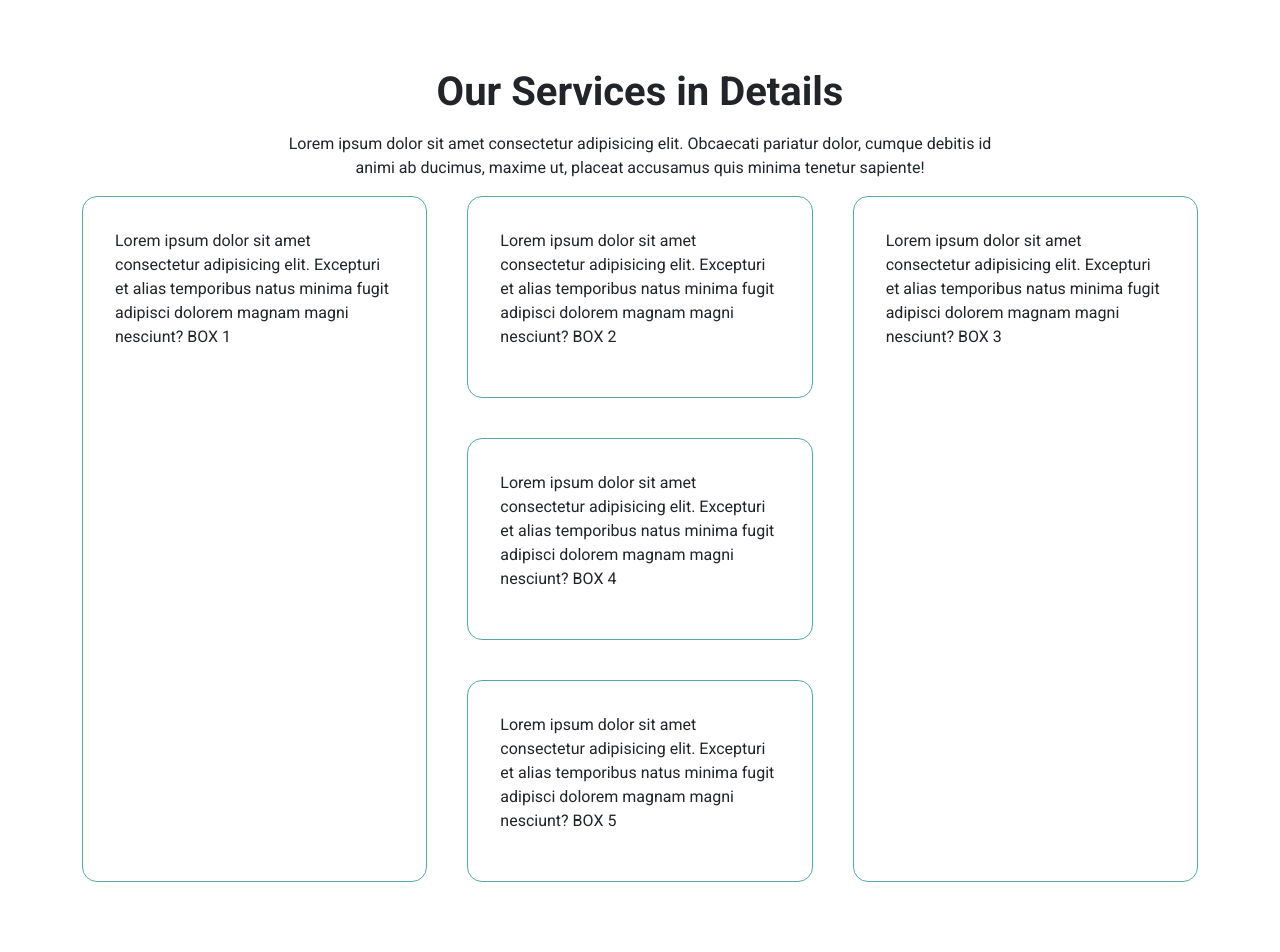
Repository: nazmulalok/landing-page-angelio
Page: index.html
The author's editor kept a copy of each file at every save. The page is drawn from the files as they stood at one save, then again after the next save.
The browser window is 1280 px wide. The pictures show the part of the page from y = 2064 to 3016 px (the page is 3016 px tall before and 2814 px after).
A picture or video elsewhere on the page could not be fetched, so the positions and the page height are approximate.

Above is the page before, as saved 2022-09-18 14:31:34.

### index.html
<!DOCTYPE html>
<html lang="en">

    <head>
        <meta charset="UTF-8">
        <meta http-equiv="X-UA-Compatible" content="IE=edge">
        <meta name="viewport" content="width=device-width, initial-scale=1.0">
        <title>Landing Page</title>
        <link rel="preconnect" href="https://fonts.googleapis.com">
        <link rel="preconnect" href="https://fonts.gstatic.com" crossorigin>
        <link rel="stylesheet" href="https://cdnjs.cloudflare.com/ajax/libs/font-awesome/6.2.0/css/all.min.css"
            integrity="sha512-xh6O/CkQoPOWDdYTDqeRdPCVd1SpvCA9XXcUnZS2FmJNp1coAFzvtCN9BmamE+4aHK8yyUHUSCcJHgXloTyT2A=="
            crossorigin="anonymous" referrerpolicy="no-referrer" />
        <link
            href="https://fonts.googleapis.com/css2?family=Roboto:ital,wght@0,300;0,400;0,500;0,700;0,900;1,300;1,400;1,500;1,700;1,900&display=swap"
            rel="stylesheet">
        <link href="https://cdn.jsdelivr.net/npm/bootstrap@5.2.0/dist/css/bootstrap.min.css" rel="stylesheet"
            integrity="sha384-gH2yIJqKdNHPEq0n4Mqa/HGKIhSkIHeL5AyhkYV8i59U5AR6csBvApHHNl/vI1Bx" crossorigin="anonymous">
        <link rel="stylesheet" href="style.css">
    </head>

    <body>
        <header>
            <nav>
                <div class="container">
                    <div class="row align-items-center">
                        <div class="col-lg-3">
                            <div class="logo">
                                <a href="/"><img src="images/angelio-logo.png" alt="Angelio Logo" width="250"
                                        height="66"></a>
                            </div>
                        </div>
                        <div class="col-lg-9 d-flex justify-content-end">
                            <ul>
                                <li><a href="/">Home</a></li>
                                <li><a href="/services.html">Services</a></li>
                                <li><a href="/about-us.html">About Us</a></li>
                                <li><a href="/contact.html">Contact</a></li>
                                <li class="nav-cta"><a href="tel:000-000-0000">Call Us</a></li>
                            </ul>
                        </div>
                    </div>
                </div>
            </nav>
        </header>
        <section class="sec-padding banner-sec">
            <div class="container">
                <div class="row align-items-center">
                    <div class="col-lg-7 order-lg-last">
                        <img src="images/angelio-digital-marketing.png" alt="">
                    </div>
                    <div class="col-lg-5">
                        <div class="large-heading">We Work in <span class="color-text">Digital</span> Way</div>
                        <p>Lorem, ipsum dolor sit amet consectetur adipisicing elit. Necessitatibus fuga alias deleniti
                            veniam at aspernatur.</p>
                        <div class="d-flex align-items-center mt-5"><a href="/contact-us" class="main-btn me-5">Get
                                Estimate</a>
                            <a href="/contact-us" class="play-btn"><i class="fas fa-play me-3"></i>Request Demo</a>
                        </div>
                    </div>
                </div>
            </div>
        </section>
        <section class="sec-padding">
            <div class="container">
                <div class="row justify-content-center">
                    <div class="col-md-8">
                        <div class="text-center">
                            <h1>
                                Our Best Digital Marketing Service
                            </h1>
                            <p>Lorem ipsum, dolor sit amet consectetur adipisicing elit. Placeat sunt
                                libero
                                tempore? Sed obcaecati a voluptate voluptates nam. Expedita, incidunt?</p>
                        </div>
                    </div>
                </div>
                <div class="row align-items-center mt-5">
                    <div class="col-lg-3">
                        <div class="service-box">
                            <div class="service-icon">
                                <img src="images/content-marketing.png" alt="Content Marketing">
                            </div>
                            <div class="service-content">
                                <a href="#">Content Marketing</a>
                                <p>Lorem ipsum dolor sit amet consectetur adipisicing elit. Fugiat, earum!</p>
                            </div>
                        </div>
                    </div>
                    <div class="col-lg-3">
                        <div class="service-box">
                            <div class="service-icon">
                                <img src="images/social-marketing.png" alt="Social Marketing">
                            </div>
                            <div class="service-content">
                                <a href="#">Social Marketing</a>
                                <p>Lorem ipsum dolor sit amet consectetur adipisicing elit. Fugiat, earum!</p>
                            </div>
                        </div>
                    </div>
                    <div class="col-lg-3">
                        <div class="service-box">
                            <div class="service-icon">
                                <img src="images/email-marketing.png" alt="Email Marketing">
                            </div>
                            <div class="service-content">
                                <a href="#">Email Marketing</a>
                                <p>Lorem ipsum dolor sit amet consectetur adipisicing elit. Fugiat, earum!</p>
                            </div>
                        </div>
                    </div>
                    <div class="col-lg-3">
                        <div class="service-box">
                            <div class="service-icon">
                                <img src="images/web-marketing.png" alt="Web Marketing">
                            </div>
                            <div class="service-content">
                                <a href="#">Web Marketing</a>
                                <p>Lorem ipsum dolor sit amet consectetur adipisicing elit. Fugiat, earum!</p>
                            </div>
                        </div>
                    </div>
                </div>
            </div>
        </section>
        <section class="sec-padding why-choose-sec">
            <div class="container">
                <div class="row align-items-center">
                    <div class="col-lg-6">
                        <div class="image-holder">
                            <img src="images/why-choose.jpg" alt="Why Choose Angelio">
                        </div>
                    </div>
                    <div class="col-lg-6">
                        <span class="arrow-text">Why Choose Us</span>
                        <h2>Why Working With <span class="color-text">ANGELIO</span>?</h2>
                        <p class="grey-color">Lorem ipsum dolor sit amet consectetur adipisicing elit. Quisquam
                            perspiciatis cupiditate atque ad labore laudantium ab hic, quaerat voluptas repellendus
                            aliquam. Maxime et recusandae nostrum cum labore, sint obcaecati doloremque.</p>
                        <div class="content-box d-flex align-items-center p-2 mb-3">
                            <img src="images/quality-lead.png" alt="Quality Lead">
                            <div class="ms-4">
                                <div class="content-heading">Quality Lead Generation</div>
                                <p class="grey-color mb-0">Lorem ipsum dolor sit amet consectetur adipisicing elit. Vel,
                                    distinctio
                                    delectus.
                                    Dicta distinctio obcaecati voluptatum.</p>
                            </div>
                        </div>
                        <div class="content-box d-flex align-items-center p-2 mb-3">
                            <img src="images/custom-web-design.png" alt="Custom Web Design">
                            <div class="ms-4">
                                <div class="content-heading">Custom Web Design</div>
                                <p class="grey-color mb-0">Lorem ipsum dolor sit amet consectetur adipisicing elit. Vel,
                                    distinctio
                                    delectus.
                                    Dicta distinctio obcaecati voluptatum.</p>
                            </div>
                        </div>
                        <div class="content-box d-flex align-items-center p-2 mb-3">
                            <img src="images/affordable-project-price.png" alt="Affordable Project Price">
                            <div class="ms-4">
                                <div class="content-heading">Affordable Project Price</div>
                                <p class="grey-color mb-0">Lorem ipsum dolor sit amet consectetur adipisicing elit. Vel,
                                    distinctio
                                    delectus.
                                    Dicta distinctio obcaecati voluptatum.</p>
                            </div>
                        </div>
                    </div>
                </div>
            </div>
        </section>
        <section class="sec-padding">
            <div class="container">
                <div class="row justify-content-center">
                    <div class="col-md-8">
                        <div class="text-center">
                            <h2>Our Services in Details</h2>
                            <p>Lorem ipsum dolor sit amet consectetur adipisicing elit. Obcaecati pariatur dolor, cumque
                                debitis id animi ab ducimus, maxime ut, placeat accusamus quis minima tenetur sapiente!
                            </p>
                        </div>
                    </div>
                </div>
                <div class="service-details-grid">
                    <div class="service-details-box main-service-card">
                        <p>Lorem ipsum dolor sit amet consectetur adipisicing elit. Excepturi et alias temporibus natus
                            minima fugit adipisci dolorem magnam magni nesciunt? BOX 1</p>
                    </div>
                    <div class="service-details-box">
                        <p>Lorem ipsum dolor sit amet consectetur adipisicing elit. Excepturi et alias temporibus natus
                            minima fugit adipisci dolorem magnam magni nesciunt? BOX 2</p>
                    </div>
                    <div class="service-details-box main-service-card">
                        <p>Lorem ipsum dolor sit amet consectetur adipisicing elit. Excepturi et alias temporibus natus
                            minima fugit adipisci dolorem magnam magni nesciunt? BOX 3</p>
                    </div>
                    <div class="service-details-box">
                        <p>Lorem ipsum dolor sit amet consectetur adipisicing elit. Excepturi et alias temporibus natus
                            minima fugit adipisci dolorem magnam magni nesciunt? BOX 4</p>
                    </div>
                    <div class="service-details-box">
                        <p>Lorem ipsum dolor sit amet consectetur adipisicing elit. Excepturi et alias temporibus natus
                            minima fugit adipisci dolorem magnam magni nesciunt? BOX 5</p>
                    </div>
                </div>
            </div>
        </section>


        <script src="https://cdn.jsdelivr.net/npm/bootstrap@5.2.0/dist/js/bootstrap.bundle.min.js"
            integrity="sha384-A3rJD856KowSb7dwlZdYEkO39Gagi7vIsF0jrRAoQmDKKtQBHUuLZ9AsSv4jD4Xa"
            crossorigin="anonymous"></script>
    </body>

</html>

### style.css
:root {
    --primary-color: #52a9a9;
    --secondary-color: #000000;
    --third-color: #575757d6;
    --main-font: 'Roboto', sans-serif;
}

body {
    font-family: var(--main-font);
}

nav {
    padding: 10px 0px;
    box-shadow: 0 1px 1px 1px #14477e2b;
}

nav ul {
    list-style-type: none;
    display: flex;
    justify-content: flex-end;
    margin: 0;
    padding: 0;
    align-items: center;
    gap: 20%;
    white-space: nowrap;
}

nav ul li a {
    color: #080808;
    text-decoration: none;
    display: block;
    position: relative;
    font-weight: 500;
    font-size: 17px;
}

nav ul li a:hover {
    color: #52a9a9;
}

li.nav-cta a {
    background: #008080ad;
    padding: 15px 40px;
    color: #fff;
    border-radius: 20px 5px;
    transition: all 0.3s ease;
}

li.nav-cta a:hover {
    background: #000;
    color: #fff;
    border-radius: 5px 20px;
    transition: all 0.3s ease;
}

li.nav-cta a:before {
    content: "";
    width: 0%;
    height: 0px;
    position: absolute;
    left: 0;
    bottom: 0;
    transition: none;
    transform: none;
    background: none;
    transform-origin: 0%;
}

li.nav-cta a:hover:before {
    transform: none;
    transform-origin: 0%;
}

nav ul li a:before {
    content: "";
    width: 100%;
    height: 2px;
    position: absolute;
    left: 0;
    bottom: 0;
    transition: 0.4s transform ease;
    transform: scale3d(0, 1, 1);
    background: #52a9a9;
    transform-origin: 100% 50%;
}

nav ul li a:hover::before {
    transform: scale3d(1, 1, 1);
    transform-origin: 0 50%;
}

.sec-padding {
    padding: 70px 0px;
}

.banner-sec {
    background-image: linear-gradient(rgb(82 169 169 / 5%), rgb(82 169 169 / 10%));
    background-size: cover;
    background-position: center;
}

.banner-sec img {
    width: 100%;
}

.large-heading {
    font-size: 80px;
    color: #000;
    font-weight: 600;
    letter-spacing: 0.8px;
    line-height: normal;
    margin-bottom: 25px;
}

.banner-sec p {
    font-size: 18px;
}

.color-text {
    color: var(--primary-color);
}

a.main-btn {
    color: #fff;
    background: #52a9a9;
    padding: 15px 40px;
    font-weight: 500;
    font-size: 18px;
    text-decoration: none;
    border-radius: 20px 5px;
    transition: all 0.3s ease;
}

a.main-btn:hover {
    background: #000;
    color: #fff;
    border-radius: 5px 20px;
    transition: all 0.3s ease;
}

a.play-btn {
    display: inline-flex;
    align-items: center;
    justify-content: center;
    color: #000;
    text-decoration: none;
    font-weight: 500;
    font-size: 18px;
}

.play-btn .fa-play {
    width: 40px;
    height: 40px;
    color: #fff;
    font-size: 20px;
    background: #000;
    display: inline-flex;
    align-items: center;
    justify-content: center;
    border-radius: 50%;
    transition: all 0.3s ease;
}

.play-btn:hover i {
    background: var(--primary-color);
}

/* Headings */

h1 {
    font-size: 44px;
}

h2 {
    font-size: 40px;
}

h3 {
    font-size: 36px;
}

h4 {
    font-size: 32px;
}

h5 {
    font-size: 28px;
}

h6 {
    font-size: 24px;
}

h1,
h2,
h3,
h4,
h5,
h6 {
    margin-bottom: 1rem;
    font-weight: 700;
}

/* Service Box */

.service-box {
    position: relative;
    background: rgb(197 214 214 / 20%);
    padding: 40px 30px;
    box-shadow: 0px -6px 10px white, 0px 4px 15px rgb(0 0 0 / 27%);
    border: 1px solid #00000030;
    border-radius: 5px;
}

.service-box:after {
    position: absolute;
    content: "";
    height: 20%;
    width: 20%;
    bottom: 5px;
    right: 5px;
    border-bottom-right-radius: 5px;
    border-bottom: 5px solid var(--primary-color);
    border-right: 5px solid var(--primary-color);
    transition: all 1s ease;
}

.service-box:hover:after {
    height: 30%;
    width: 30%;
    bottom: 5px;
    right: 5px;
    border-bottom-right-radius: 5px;
    border-bottom: 5px solid var(--primary-color);
    border-right: 5px solid var(--primary-color);
    transition: all 1s ease;
}

.service-box .service-icon {
    width: 80px;
    height: 80px;
    margin-bottom: 10px;
}

.service-box .service-icon img {
    width: 65px;
}

.service-box .service-content a {
    display: inline-block;
    color: #000;
    font-size: 20px;
    font-weight: 600;
    text-decoration: none;
    margin-bottom: 8px;
}

.service-box:hover .service-content a {
    color: var(--primary-color);
}

.service-box .service-content p {
    color: var(--third-color);
}

/* Why Choose Section */

.why-choose-sec {
    background-image: linear-gradient(to right, rgb(255 255 255 / 75%), rgb(255 255 255 / 75%)), url(/images/why-choose-bg.jpg);
    background-repeat: no-repeat;
    background-size: cover;
}

span.arrow-text {
    display: inline-block;
    font-size: 25px;
    color: var(--primary-color);
    font-weight: 600;
    margin-bottom: 5px;
    position: relative;
    padding-left: 50px;
}

span.arrow-text:before {
    content: "";
    background: url(images/right-arrow.png);
    width: 35px;
    height: 35px;
    background-size: cover;
    top: 2px;
    left: 0px;
    position: absolute;
}

.grey-color {
    color: var(--third-color);
}

.content-box {
    border: 1px solid var(--primary-color);
    border-radius: 5px;
    box-shadow: 0px -6px 10px white, 0px 4px 15px rgb(0 0 0 / 27%);
    background: #fff;
}

.content-box img {
    width: 80px;
    border: 1px solid var(--primary-color);
    padding: 5px;
    border-radius: 5px;
}

.content-box .content-heading {
    font-size: 22px;
    color: var(--primary-color);
    font-weight: 500;
    margin-bottom: 5px;
}

/* Image Holder */

.image-holder {
    transition: all 0.3s ease;
    text-align: center;
}

.image-holder img {
    border-radius: 5px;
    max-width: 100%;
}

/* Service Details Box */

.service-details-grid {
    display: grid;
    width: 100%;
    grid-auto-columns: 1fr;
    grid-gap: 40px;
    grid-template-columns: 1fr 1fr 1fr;
    grid-template-rows: auto auto;
    /* -webkit-transition: all 0.3s ease-in-out; */
    transition: all 0.3s ease-in-out;
}

.service-details-box {
    padding: 2rem;
    border: 1px solid var(--primary-color);
    border-radius: 15px;
}

.main-service-card {
    grid-row-end: span 3;
}

After the next save:
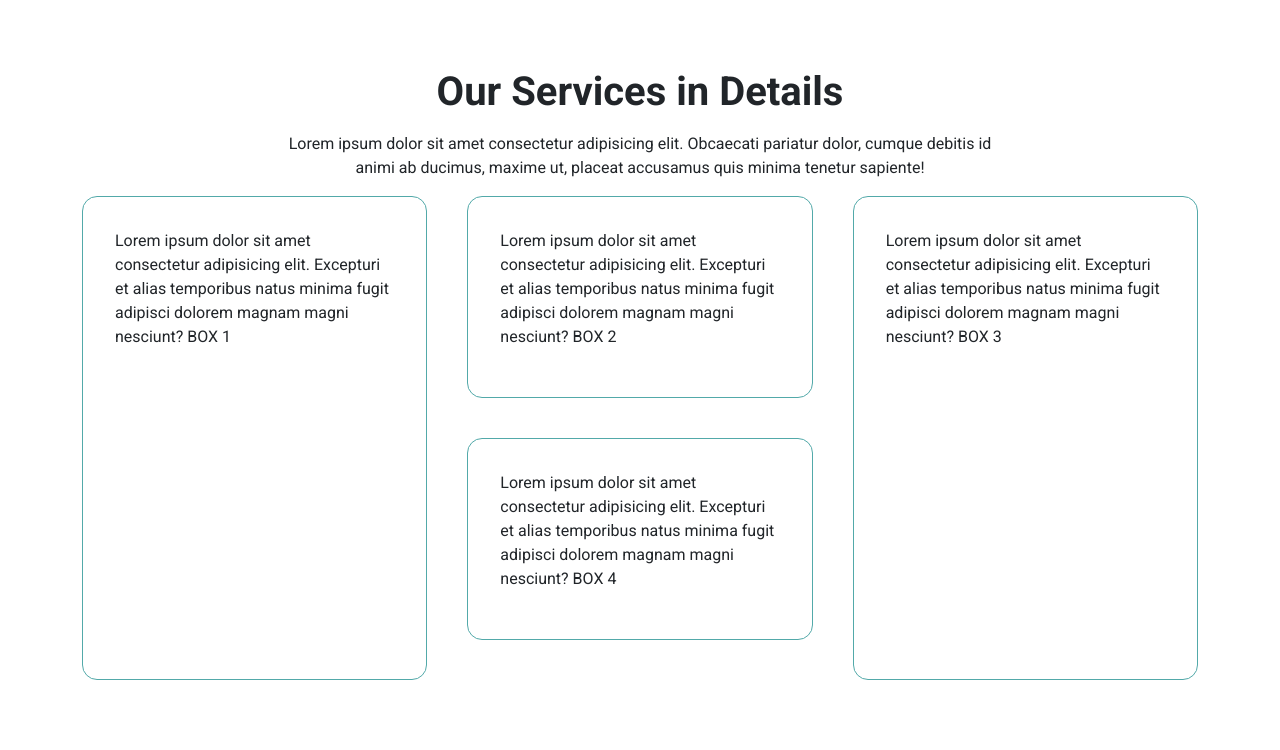
Saved 3 h 11 min later.
--- a/index.html
+++ b/index.html
@@ -200,10 +200,6 @@
                         <p>Lorem ipsum dolor sit amet consectetur adipisicing elit. Excepturi et alias temporibus natus
                             minima fugit adipisci dolorem magnam magni nesciunt? BOX 4</p>
                     </div>
-                    <div class="service-details-box">
-                        <p>Lorem ipsum dolor sit amet consectetur adipisicing elit. Excepturi et alias temporibus natus
-                            minima fugit adipisci dolorem magnam magni nesciunt? BOX 5</p>
-                    </div>
                 </div>
             </div>
         </section>
